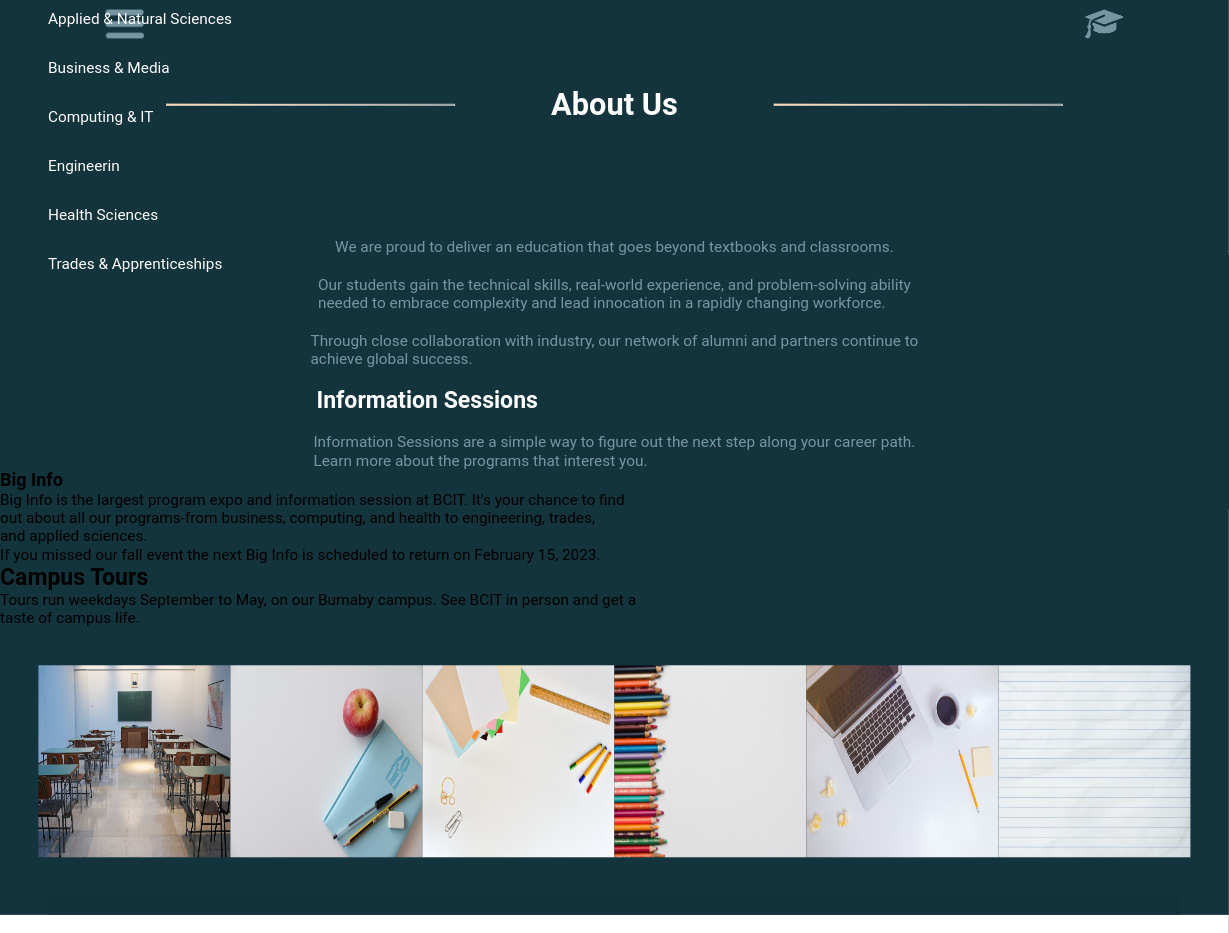
Repository: Sheraliramzan/Aly_A01253508_Assignment1
Page: /about
An editor plug-in stored every save of this project. The page is shown before and after a run of saves, followed by the edit.
The browser window is 1280 px wide. The pictures show the whole page, at 96% of full size.
The project was rebuilt for these pictures with package versions that can differ from the ones it lists, and the page was loaded fresh each time. The framework's server and built-in components were replaced by stand-ins that run in the browser. Also part of the build but not shown: next.config.js.

Above is the page before, as saved 2023-02-05 08:54:06.

### pages/about.js
import Head from 'next/head'
import Image from 'next/image'
import styles from '../styles/Home.module.css'
import dynamic from "next/dynamic";
import Nav from '../comp/nav/nav';


const About = () => {
  return (
    <>
      <Head>
        <title>About Us</title>
        <meta name="author" content="MDIA 2109" />
        <meta property="og:title" content= 'Assignment #1 - About Us Page'/>
        <meta property="og:description" content= "BCIT Digital Design and Development Diploma"/>
        <meta name="viewport" content="width=device-width, initial-scale=1" />
        <link rel="icon" href="/favicon.png" />
      </Head>
      <main className={styles.main}>
        <div className="aboutcont">
          <Nav/>
          <div>
              <div className='headcont1'>
                <hr className='hori'></hr>
                <h1 className='header'>About Us</h1>
                <hr className='hori1'></hr>
              </div>
              <div className='paracont'>
                <p className='para2'> We are proud to deliver an education that goes beyond textbooks
                  and classrooms.</p>
                <p className='para2'> Our students gain the technical skills, real-world experience,
                  and problem-solving ability <br /> needed to embrace complexity
                  and lead innocation in a rapidly changing workforce.</p>
                <p className='para2'>Through close collaboration with industry, our network of alumni
                  and partners continue to <br /> achieve global success.</p>
              </div>
                <h2 className='header2'> Information Sessions</h2>
                <p className='para3'> Information Sessions are a simple way to figure out the next
                  step along your career path. <br /> Learn more about the
                programs that interest you.</p>
                <h3>Big Info</h3>
              <p> Big Info is the largest program expo and information session at
                BCIT. It's your chance to find <br /> out about all our
                programs-from business, computing, and health to engineering,
                trades,
                <br /> and applied sciences.
              </p>
              <p>If you missed our fall event the next Big Info is scheduled to
                return on February 15, 2023.
              </p>
              <h2>Campus Tours</h2>
              <p>  Tours run weekdays September to May, on our Burnaby campus. See
                BCIT in person and get a <br /> taste of campus life.</p>
          </div>
          <div>
            <div id="carouselImage">
                <Image src={"/0.jpg"} width={200} height={200}></Image>
                <Image src={"/1.jpg"} width={200} height={200}></Image>
                <Image src={"/2.jpg"} width={200} height={200}></Image>
                <Image src={"/3.jpg"} width={200} height={200}></Image>
                <Image src={"/4.jpg"} width={200} height={200}></Image>
                <Image src={"/5.jpg"} width={200} height={200}></Image>
            </div >
                  <div id="testOnImageHere">
                    <ul >
                      <li>Applied & Natural Sciences</li>
                      <li>Business & Media</li>
                      <li>Computing & IT</li>
                      <li>Engineerin</li>
                      <li>Health Sciences</li>
                      <li>Trades & Apprenticeships</li>
                    </ul>
                  </div>
          </div>
        </div>
        <a>
            <span>
                <img></img>
                <img></img>
            </span>
        </a>
      </main>
    </>
  )
}
export default dynamic (() => Promise.resolve(About), {ssr: false})

### styles/globals.css


* {
  box-sizing: border-box;
  padding: 0;
  margin: 0;
}

html,
body {
  margin: 0;
  padding: 0;
  font-family: "Roboto", sans-serif;
  scrollbar-width: none;

}
.menuimg{
  margin-left: 100px;
}
.gardimg{
  margin-right: 100px;
}
.navcont {
  display: flex;
  align-items: center;
  justify-content: space-between;
  padding: 10px;
}
.menucont{
  position: absolute;
  top: 0rem;
  left: 4rem;
}
a{
  color: var(--primary-color);
  text-decoration: none;
}

ul {
  display: flex;
  flex-direction: column;
  position: absolute;
  top: 10px;
  left: 50px;
  gap: 2rem;
  text-decoration: none;
}

ul > li {
  list-style-type: none;
  text-decoration: none;
  color: var(--primary-color);
}
.listcont{
  position: absolute;
  display: flex;
  align-items: flex-start;
  left: 3rem;
  top: 3rem;
}

.btncont {
  display: flex;
}

.close {
  background-color: transparent;
  border: none;
  font-size: larger;
  color: var(--primary-color);
}

.fullcont{
  width: 100vw;
  height: 100vh;
  background-image: url("/background-images/backgroundMountain.jpg");
  background-size: cover;
}
.but1{
  margin: 2px;
  padding: 5px 15px;
  background: none;
  border: 1px solid var(--primary-color);
  border-radius: 5px;
  color:var(--primary-color) ;
}
.butcont{
 margin-left: 250px;
}

.but1:hover{
  background-color: var( --primary-color);
  color: var(--quinary-color);
}
.downarrow{
  position: relative;
  left: 650px;
  top:50px;
}
.headcont{
  display: flex;
  flex-direction: column;
  width: 25%;
  margin-top: 320px;
  margin-left: 250px;
}
.headhome{
  color: var(--primary-color);
  font-size: 25px;
  margin-bottom: 10px;
}
.horidiv{
  width: 60%;
  border: 1px solid var(--secondary-color);
  margin-bottom: 10px;
}
.para1{
  color: var(--primary-color);
  font-size:12px;
  width: 100%;
  opacity: 0.8;
}
.aboutcont{
  width: 100%;
  background-color: var( --quaternary-color);
  justify-content: center;
}
.hori{
  border-left: 300px solid var(--secondary-color);
  width: 100px;
  height: 1px;
  margin-right: 100px;
}
.hori1{
  border-left: 300px solid var(--secondary-color);
  width: 100px;
  height: 1px;
  margin-left: 100px;
}
.headcont1{
  text-align: center;
  margin-top: 40px;
  display: flex;
  justify-content: center;
  align-items: center;
}
.header{
  color: var(--primary-color);
}
.paracont{
  display: flex;
  flex-direction: column;
  color: var(--ternary-color);
  justify-content: center;
  align-items: center;
  margin-top: 100px;

}
.para2{
  margin-top: 20px;
}
.header2{
  display: flex;
  flex-direction: column;
  align-items: center;
  margin-right: 390px;
  margin-top: 20px;
  margin-bottom: 20px;
  color: var(--primary-color);
}
.para3{
  color: var(--ternary-color);
  display: flex;
  align-items: center;
  justify-content: center;
}
#carouselImage{
  height: 200px;
  background-repeat: no-repeat;
  background-size: cover;
  display: flex;
  justify-content: center;
  align-items: center;
  margin: 40px 0px;
}
#testOnImageHere{
  background-color: rgba(16, 46, 53, 0.5);
  padding: 10px;
  margin: 0px 50px;
}

### styles/variables.css
:root{
    --primary-color:#fff;
    --secondary-color:#f4d6b9;
    --ternary-color: #7796a4;
    --quaternary-color:#14343d;
    --quinary-color:rgba(16,46,53,0.5);
}

### styles/Home.module.css
.main {
  display: flex;
  flex-direction: column;
  justify-content: space-between;
  align-items: center;
}

### comp/nav/nav.js
import Head from 'next/head'
import Image from 'next/image'
import { useState } from 'react'
import { useRouter } from 'next/router'
import Link from 'next/link'

export default function Nav(){
    const [isMenuOpen, setIsMenuOpen] = useState(false);
  const handleClick = () => {
    setIsMenuOpen(!isMenuOpen);
  };
  const router = useRouter();
    return (
    <>
        <div className="navcont">
              <Image alt='menu' className='menuimg'
                src={"/icons/menu-icon.png"}
                width={40}
                height={30}
                onClick={handleClick}
              />
              <Image alt='grad' className='gardimg' src={"/icons/graduation-hat.png"} width={40} height={30} />
          </div>
          {isMenuOpen && (
            <div className="menucont">
              <div className="listcont">
                <div className="btncont">
                  <button className="close" onClick={handleClick}>
                    X
                  </button>
                </div>
                <div>
                  <ul>
                    <li>
                      <a href="#">Home</a>
                    </li>
                    <li>
                      <a href="/about">About</a>
                    </li>
                    <li>
                      <a href="/contact">Contact</a>
                    </li>
                  </ul>
                </div>
              </div>
              <Image alt='bar'
                src={"/background-images/menuBackground.png"}
                width={240}
                height={240}
              />
            </div>
          )}
    </>
    )
}

Loaded but not shown: pages/_app.js (common file); pages/_document.js (common file); pages/api/hello.js (common file)

After the next 5 saves:
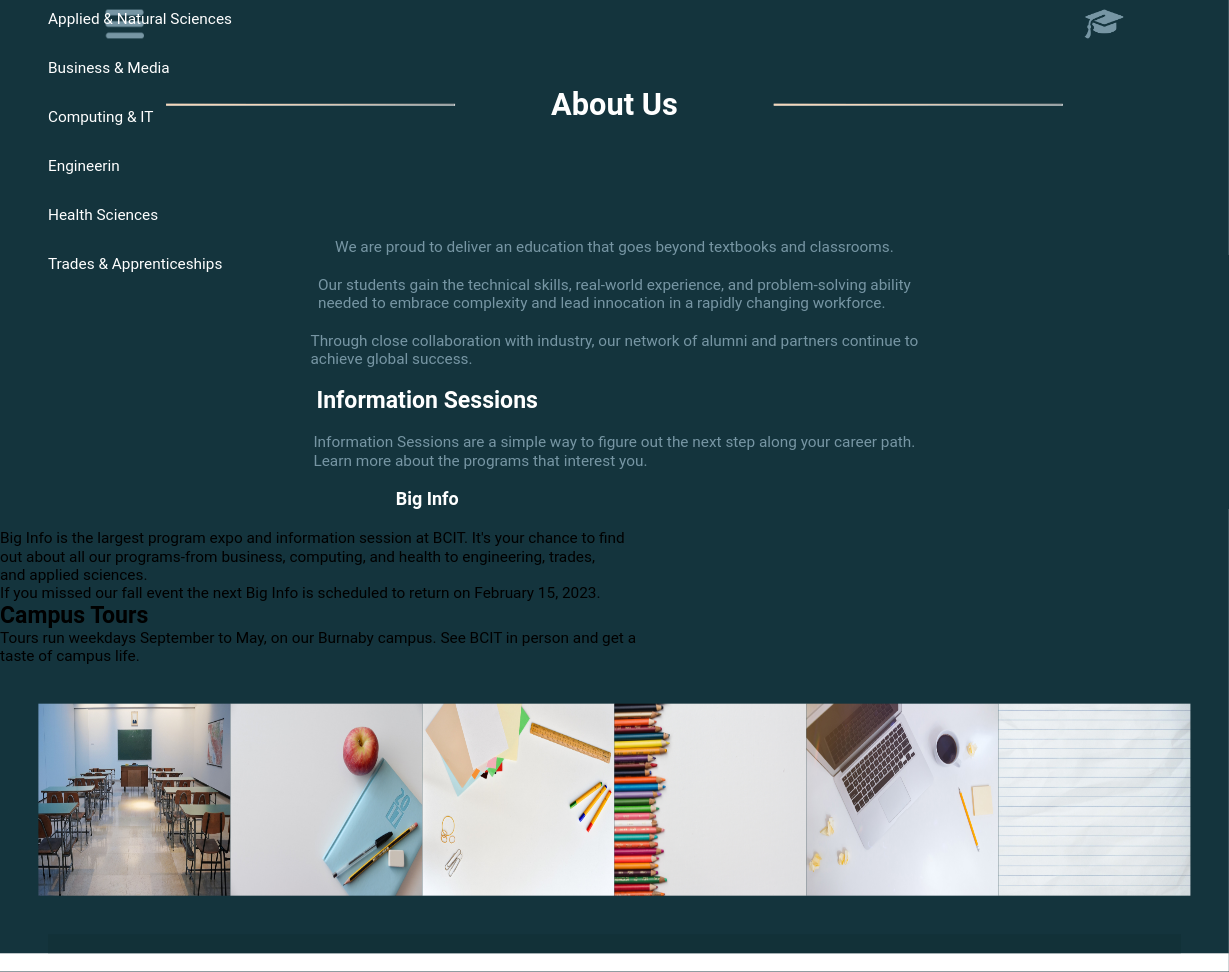
The 5 saves are shown as one change because they came seconds apart.
The last was saved 19 s later.
--- a/pages/about.js
+++ b/pages/about.js
@@ -38,7 +38,7 @@ const About = () => {
                 <p className='para3'> Information Sessions are a simple way to figure out the next
                   step along your career path. <br /> Learn more about the
                 programs that interest you.</p>
-                <h3>Big Info</h3>
+                <h3 className='header2'>Big Info</h3>
               <p> Big Info is the largest program expo and information session at
                 BCIT. It's your chance to find <br /> out about all our
                 programs-from business, computing, and health to engineering,

After the save that followed:
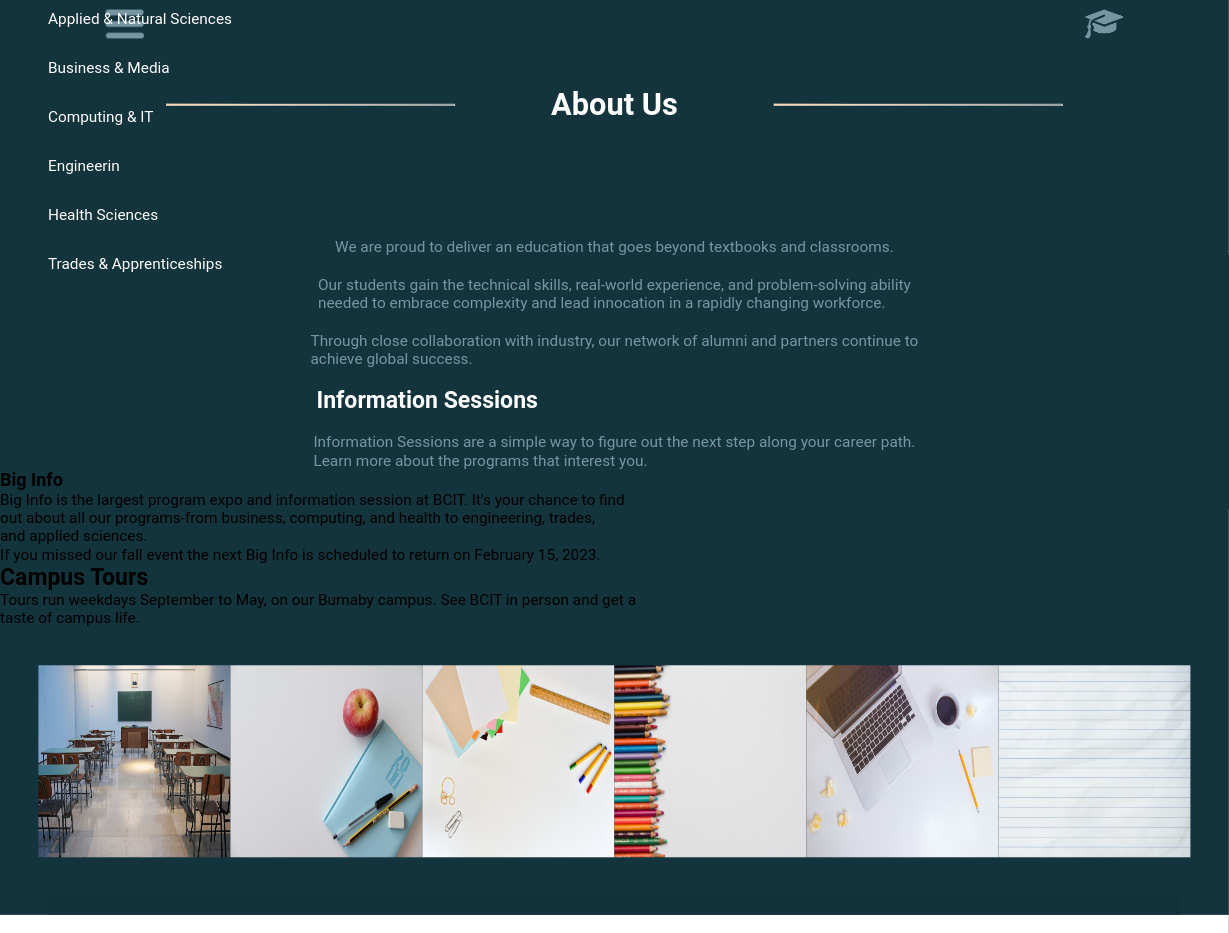
Saved 7 s later.
--- a/pages/about.js
+++ b/pages/about.js
@@ -38,7 +38,7 @@ const About = () => {
                 <p className='para3'> Information Sessions are a simple way to figure out the next
                   step along your career path. <br /> Learn more about the
                 programs that interest you.</p>
-                <h3 className='header2'>Big Info</h3>
+                <h3 className='header3'>Big Info</h3>
               <p> Big Info is the largest program expo and information session at
                 BCIT. It's your chance to find <br /> out about all our
                 programs-from business, computing, and health to engineering,
